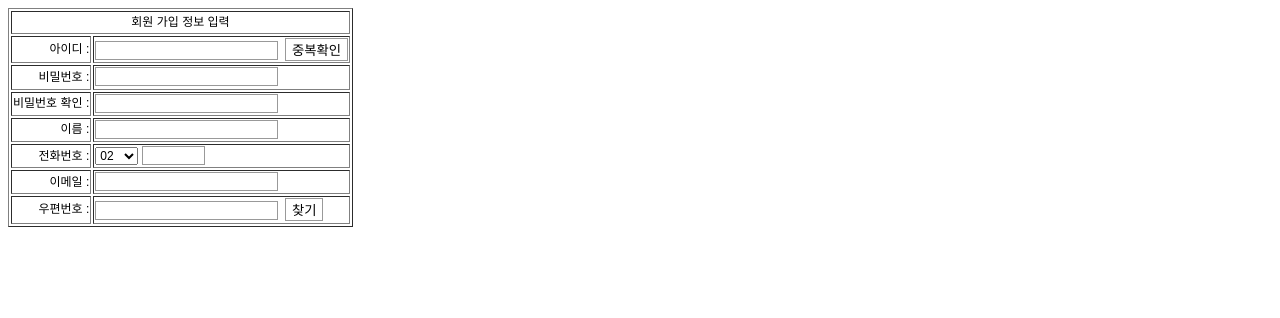
Repository: sgnq008-tech/JSP
Page: http://localhost/WebProject/memberone/regForm.jsp
An editor plug-in stored every save of this project. The page is shown before and after the next save, followed by the edit.
The browser window is 1280 px wide. The pictures show the whole page.
The page is served by Tomcat 9.

Above is the page before, as saved 2026-09-14 07:46:16.
Console error (its wording comes from the project's code and is left out).

After the next save:
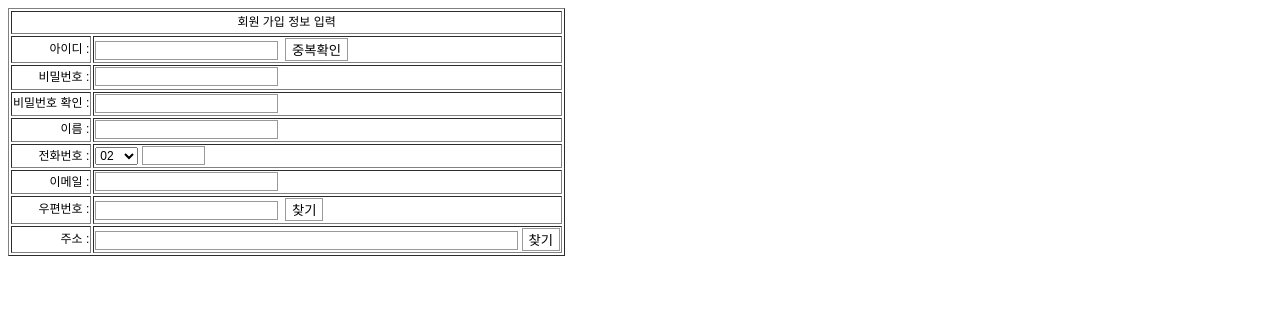
Saved 26 s later.
--- a/jsp_workspace/WebProject/src/main/webapp/memberone/regForm.jsp
+++ b/jsp_workspace/WebProject/src/main/webapp/memberone/regForm.jsp
@@ -72,6 +72,14 @@
             </td>
        </tr>
 
+       <tr>
+           <td align="right"> 주소 : </td>
+            <td>
+               <input type="text" name="address1" size="50">
+               <input type="button" value="찾기" onclick="#">
+            </td>
+       </tr>
+
 
 
 </table>

After the save that followed:
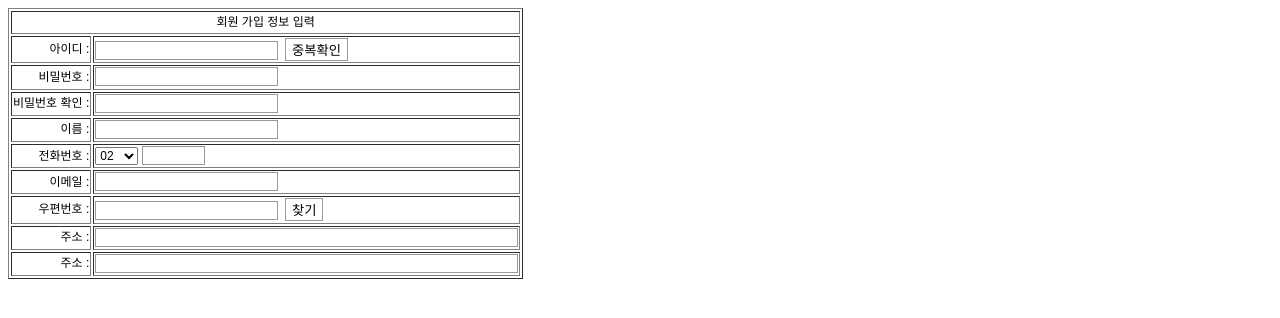
Saved 14 s later.
--- a/jsp_workspace/WebProject/src/main/webapp/memberone/regForm.jsp
+++ b/jsp_workspace/WebProject/src/main/webapp/memberone/regForm.jsp
@@ -76,7 +76,13 @@
            <td align="right"> 주소 : </td>
             <td>
                <input type="text" name="address1" size="50">
-               <input type="button" value="찾기" onclick="#">
+            </td>
+       </tr>
+
+       <tr>
+           <td align="right"> 주소 : </td>
+            <td>
+               <input type="text" name="address2" size="50">
             </td>
        </tr>
 
